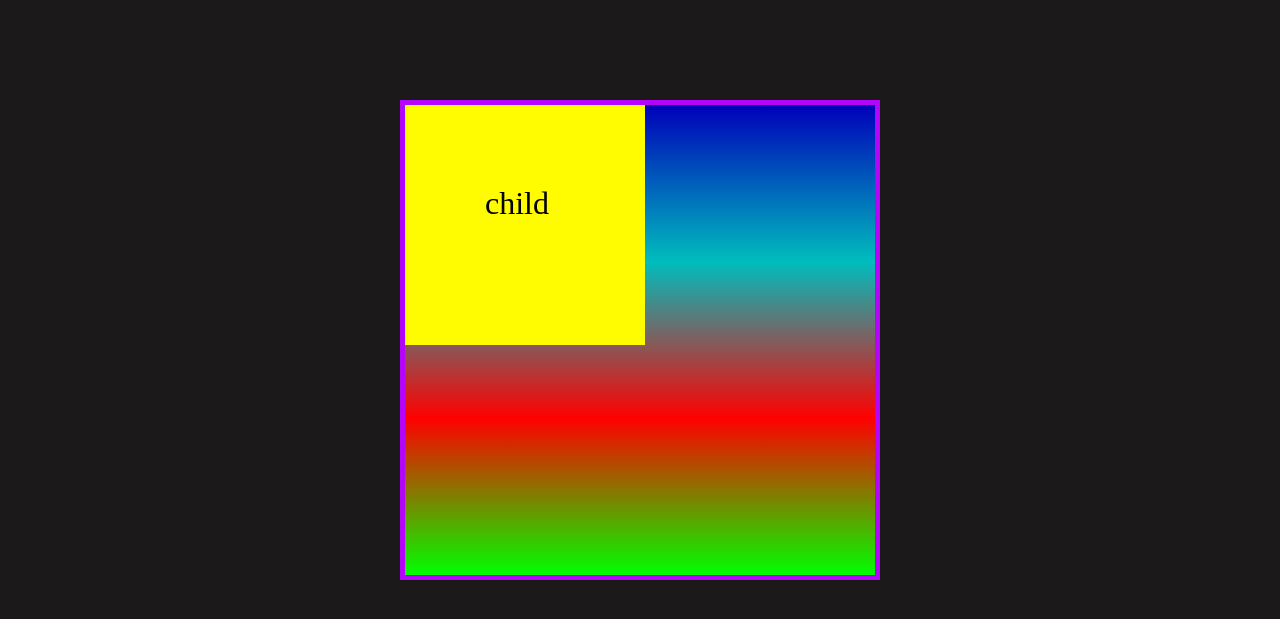
Repository: badhon252/revision
Page: Day-5/index.html
These files come from the project's save history. The page is drawn as it stood at one moment and after the next save; the edit follows.
The browser window is 1280 px wide. The pictures show the whole page.

Above is the page before, as saved 2022-02-11 23:10:03.

After the next save:
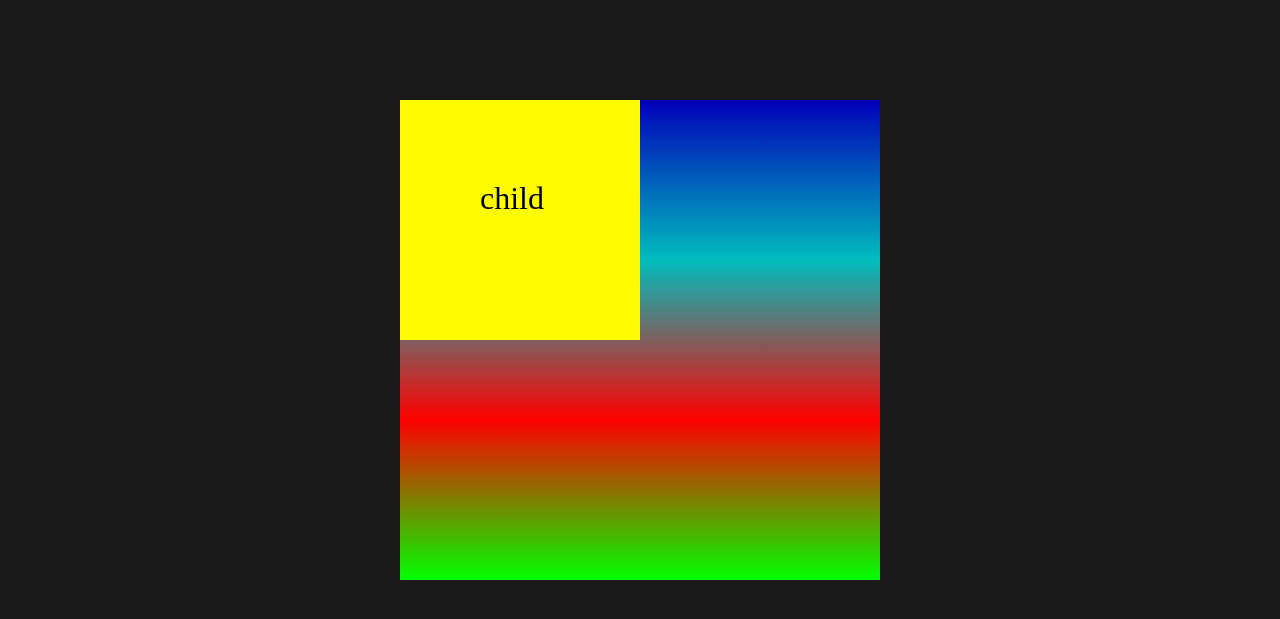
Saved 2 min 17 s later.
--- a/Day-5/index.css
+++ b/Day-5/index.css
@@ -16,7 +16,7 @@
     rgb(0, 255, 0)
   );
   margin: 100px auto;
-  border: 5px solid rgb(180, 5, 250);
+  border-image-source: linear-gradient(to left, #743ad5, #d53a9d);
 }
 
 .child {
